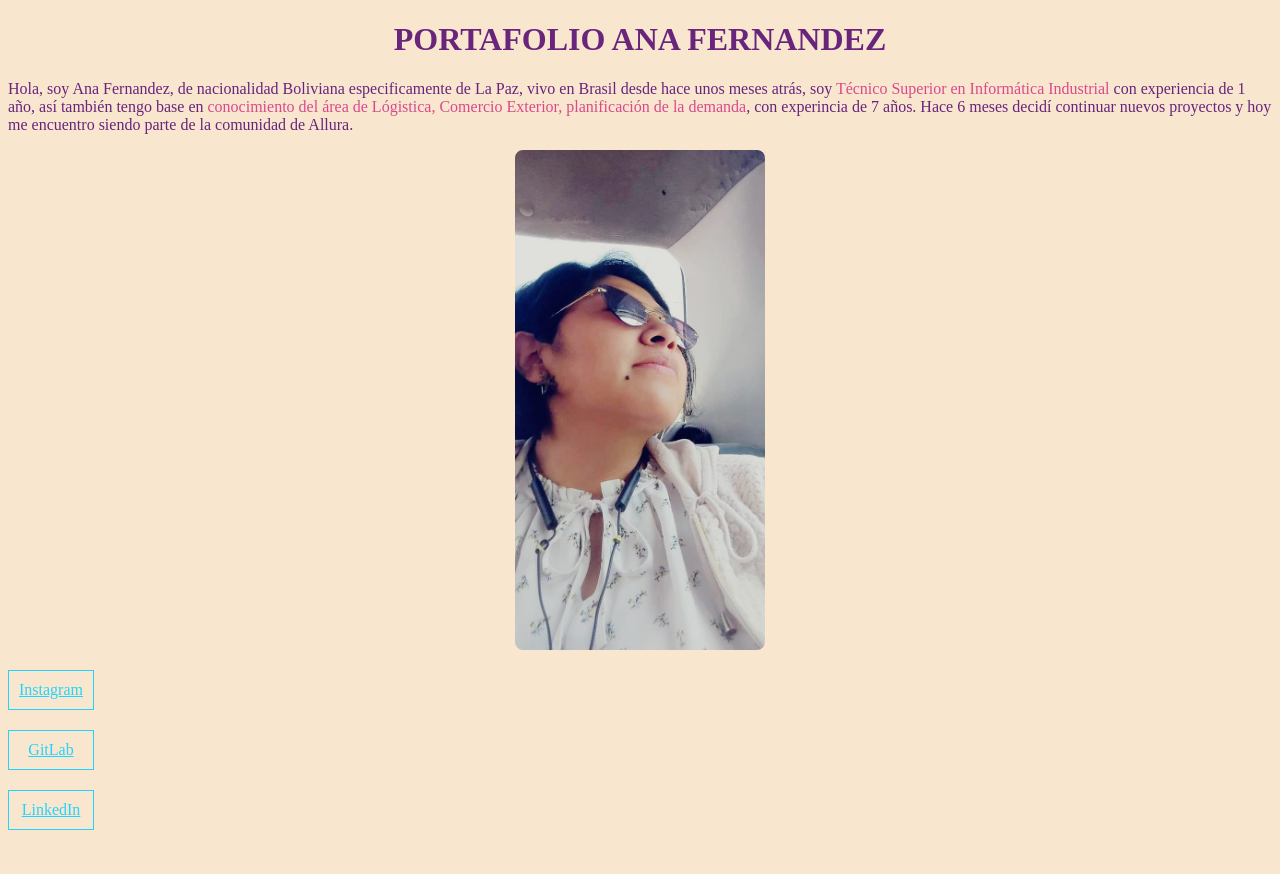
Repository: AnaFzCz/PROYECTOS-HTML---CSS2
Page: Portafolio/index.html
An editor plug-in stored every save of this project. The page is shown before and after the next save, followed by the edit.
The browser window is 1280 px wide. The pictures show the whole page.

Above is the page before, as saved 2025-01-23 07:41:48.

After the next save:
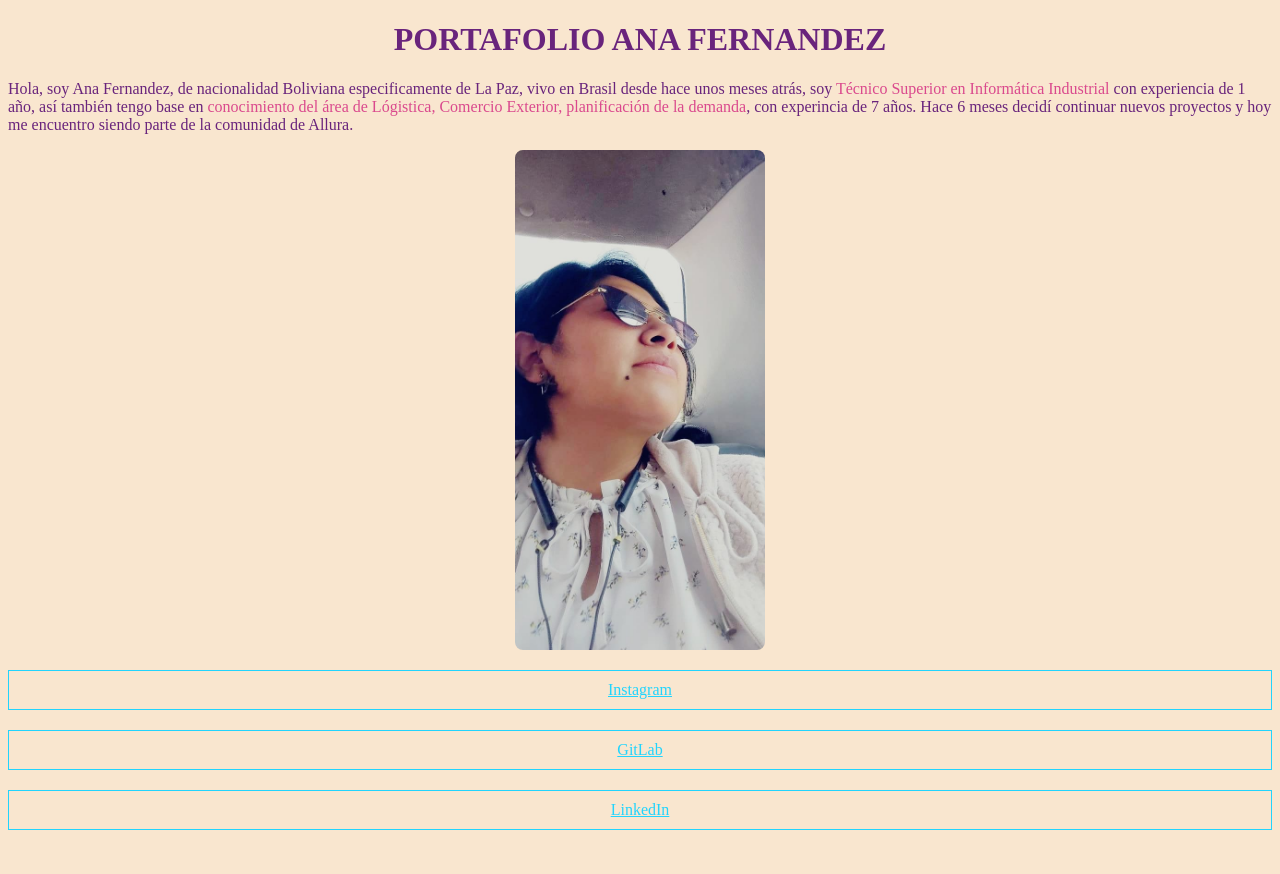
Saved 18 s later.
--- a/Portafolio/style.css
+++ b/Portafolio/style.css
@@ -23,11 +23,6 @@ a{
 
   }
 
-.bloq{
-
-    display:inline-block;
-}
-
 h1 {
    align-content: center;
 }
